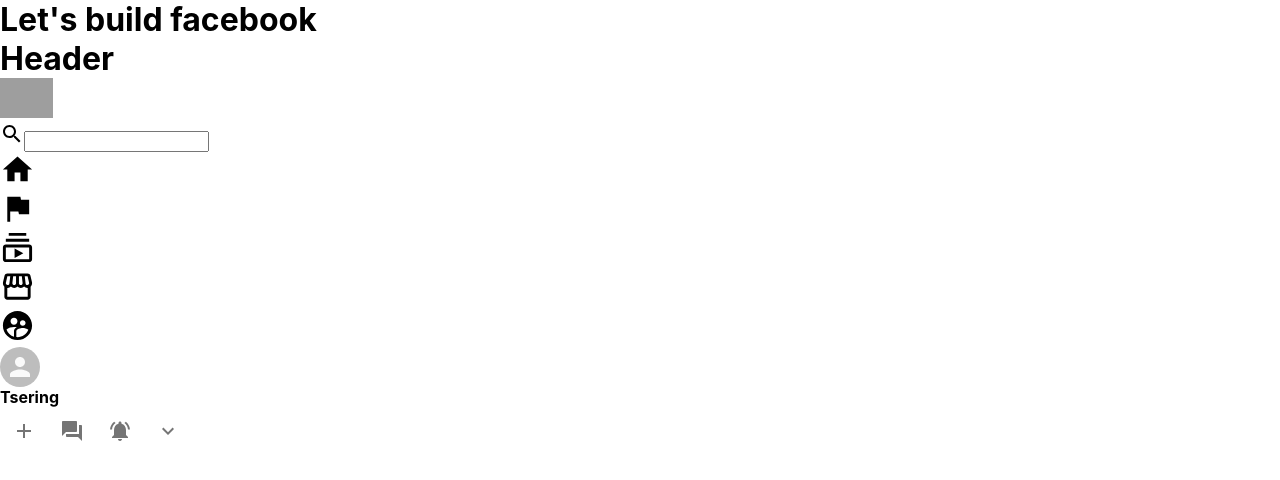
Repository: exiled-kal/FaceBook
Page: /
An editor plug-in stored every save of this project. The page is shown before and after the next save, followed by the edit.
The browser window is 1280 px wide. The pictures show the whole page.
Pictures or frames that could not be fetched are drawn as grey boxes. The project was rebuilt for these pictures with package versions that can differ from the ones it lists, and the page was loaded fresh each time. Also part of the build but not shown: src/App.css.

Above is the page before, as saved 2020-08-29 21:45:49.

### src/App.js
import React from 'react';
import './App.css';
import Header from './Header';

function App() {
  return (
    <div className="app">
      <h1>Let's build facebook</h1>

      {/* Header */}
      <Header />
      {/* App Body */}
      {/* SideBar */}
      {/* Feed */}
      {/* Widget */}
    </div>
  );
}

export default App;

### src/Header.js
import React from 'react';
import './Header.css';
import SearchIcon from '@material-ui/icons/Search';
import HomeIcon from '@material-ui/icons/Home';
import FlagIcon from '@material-ui/icons/Flag';
import SubscriptionOutlinedIcon from '@material-ui/icons/SubscriptionsOutlined';
import StorefrontOutlinedIcon from '@material-ui/icons/StorefrontOutlined';
import SupervisedUserCircleIcon from '@material-ui/icons/SupervisedUserCircle';
import {Avatar, IconButton} from '@material-ui/core';
import AddIcon from '@material-ui/icons/Add';
import ForumIcon from '@material-ui/icons/Forum';
import NotificationActiveIcon from '@material-ui/icons/NotificationsActive';
import ExpandMoreIcon from '@material-ui/icons/ExpandMore';

function Header() {
  return (
    <div className="header">
      <h1>Header</h1>
      <div className="header__left">
        <img
          src="https://facebookbrand.com/wp-content/uploads/2019/04/f_logo_RGB-Hex-Blue_512.png?w=512&h=512"
          alt=""
        />
        <div className="header__input">
          <SearchIcon />
          <input type="text" />
        </div>
      </div>

      <div className="header__middle">
        <div className="header__option">
          <HomeIcon fontSize="large" />
        </div>
        <div className="header__option">
          <FlagIcon fontSize="large" />
        </div>
        <div className="header__option">
          <SubscriptionOutlinedIcon fontSize="large" />
        </div>
        <div className="header__option">
          <StorefrontOutlinedIcon fontSize="large" />
        </div>
        <div className="header__option">
          <SupervisedUserCircleIcon fontSize="large" />
        </div>
      </div>

      <div className="header__right">
        <div className="header__info">
          <Avatar />
          <h4>Tsering</h4>
        </div>
        <IconButton>
          <AddIcon />
        </IconButton>
        <IconButton>
          <ForumIcon />
        </IconButton>
        <IconButton>
          <NotificationActiveIcon />
        </IconButton>
        <IconButton>
          <ExpandMoreIcon />
        </IconButton>
      </div>
    </div>
  );
}

export default Header;

### src/Header.css



.header__left > img {
  height: 40px;

}

Loaded but not shown: public/index.html (common file); src/index.js (common file); src/index.css (common file); src/serviceWorker.js (common file)

After the next save:
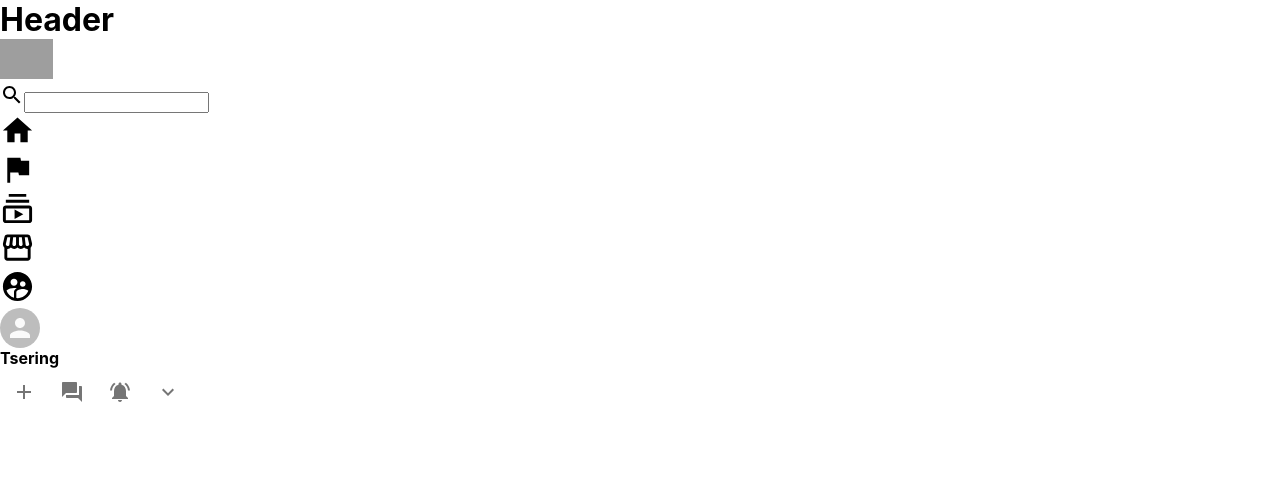
Saved 9 s later.
--- a/src/App.js
+++ b/src/App.js
@@ -5,7 +5,7 @@
 function App() {
   return (
     <div className="app">
-      <h1>Let's build facebook</h1>
+
 
       {/* Header */}
       <Header />
